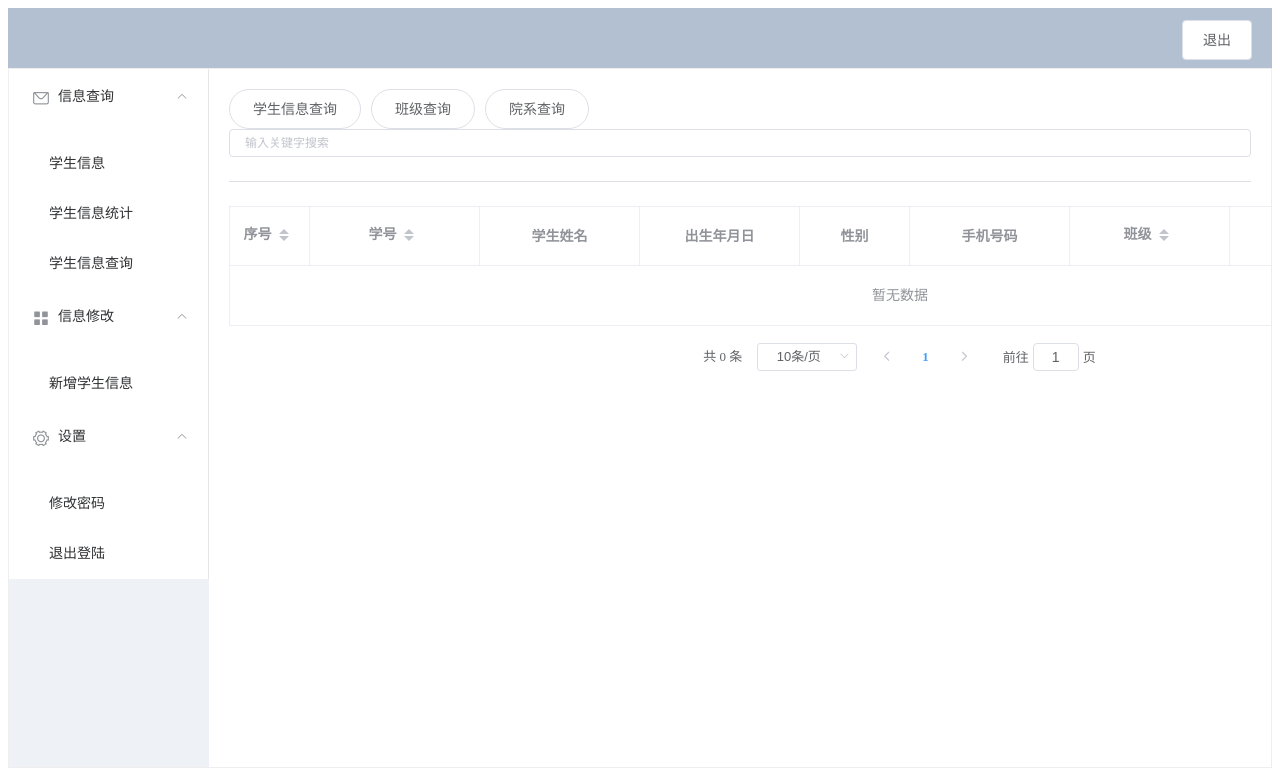
Repository: zhu-jun-xian/Student_information_management_system
Page: /selectstudent (app in front_end/front_end/)
An editor plug-in stored every save of this project. The page is shown before and after a run of saves, followed by the edit.
The browser window is 1280 px wide. The pictures show the whole page.
The page's requests for data from a server got no answer. The project was rebuilt for these pictures with package versions that can differ from the ones it lists, and the page was loaded fresh each time. No one was signed in, and anything a server would have sent is missing. Also part of the build but not shown: front_end/front_end/src/components/login.vue, front_end/front_end/src/components/register.vue.

Above is the page before, as saved 2020-11-23 19:18:44.

After the next 2 saves:
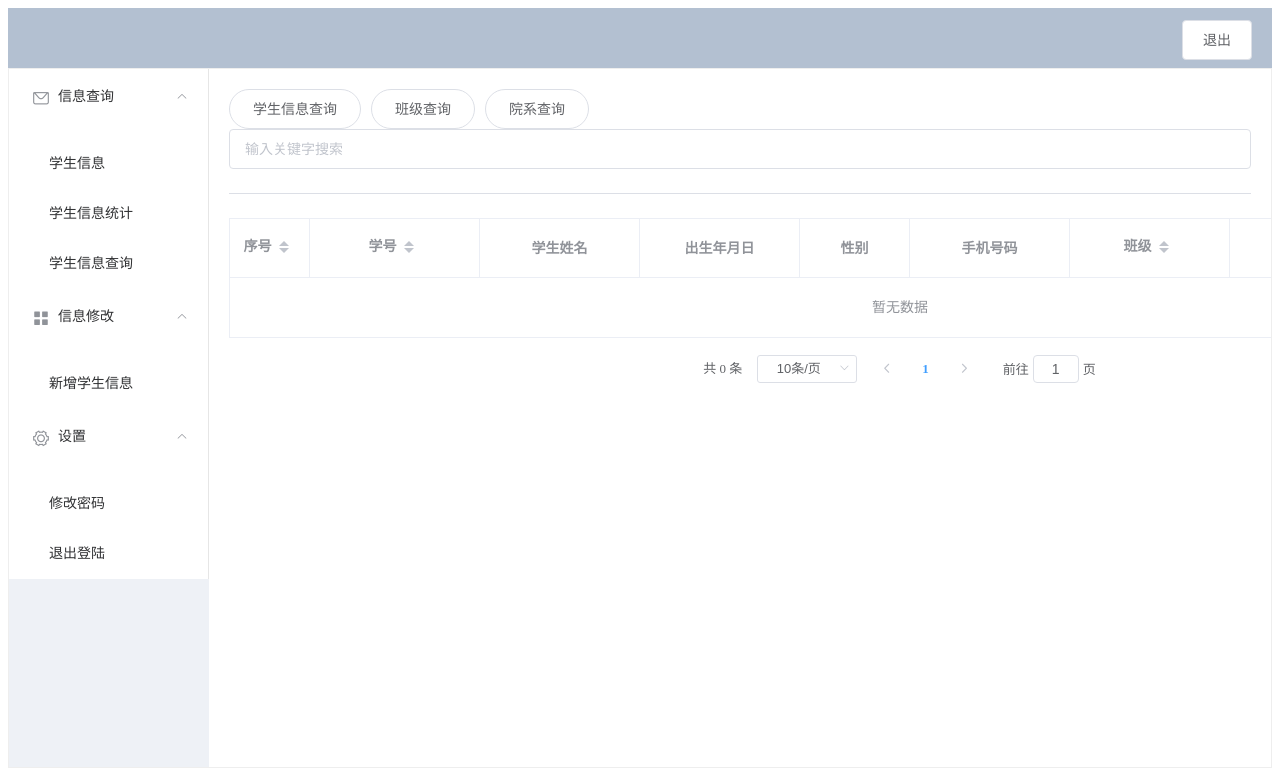
The 2 saves are shown as one change because they came seconds apart.
The last was saved 16 s later.
--- a/front_end/front_end/src/components/User/selectstudent.vue
+++ b/front_end/front_end/src/components/User/selectstudent.vue
@@ -5,7 +5,7 @@
         <el-button round span=2 >学生信息查询</el-button>
         <el-button round  span=2  @click.native="selectclassVisible=true">班级查询</el-button>
         <el-button round  span=2 @click.native="selectgendVisible=true">院系查询</el-button>
-        <el-input  v-model="search" align="right" size="mini" width="50px" placeholder="输入关键字搜索"/>
+        <el-input  v-model="search" align="right" span=2 width="50px" placeholder="输入关键字搜索"/>
       </el-row>
       <el-divider></el-divider>
     </div>
